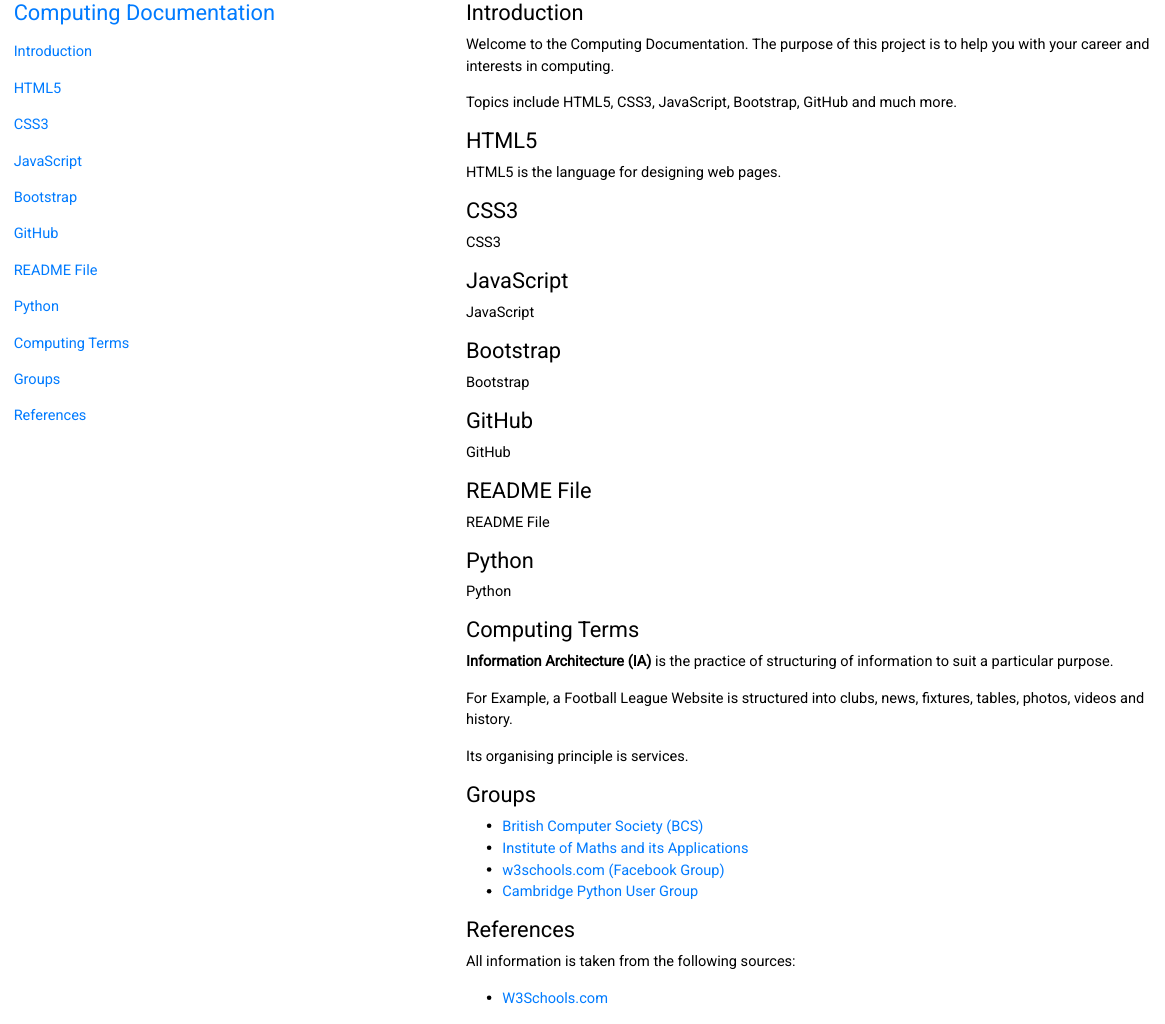
Repository: derektypist/technical-documentation-page
Page: index.html
The author's editor kept a record of every edit. The page is drawn from the files as they stood at one moment, then again after the next edit.
The browser window is 1280 px wide. The pictures show the whole page, at 91% of full size.

Above is the page before.

After the next edit:
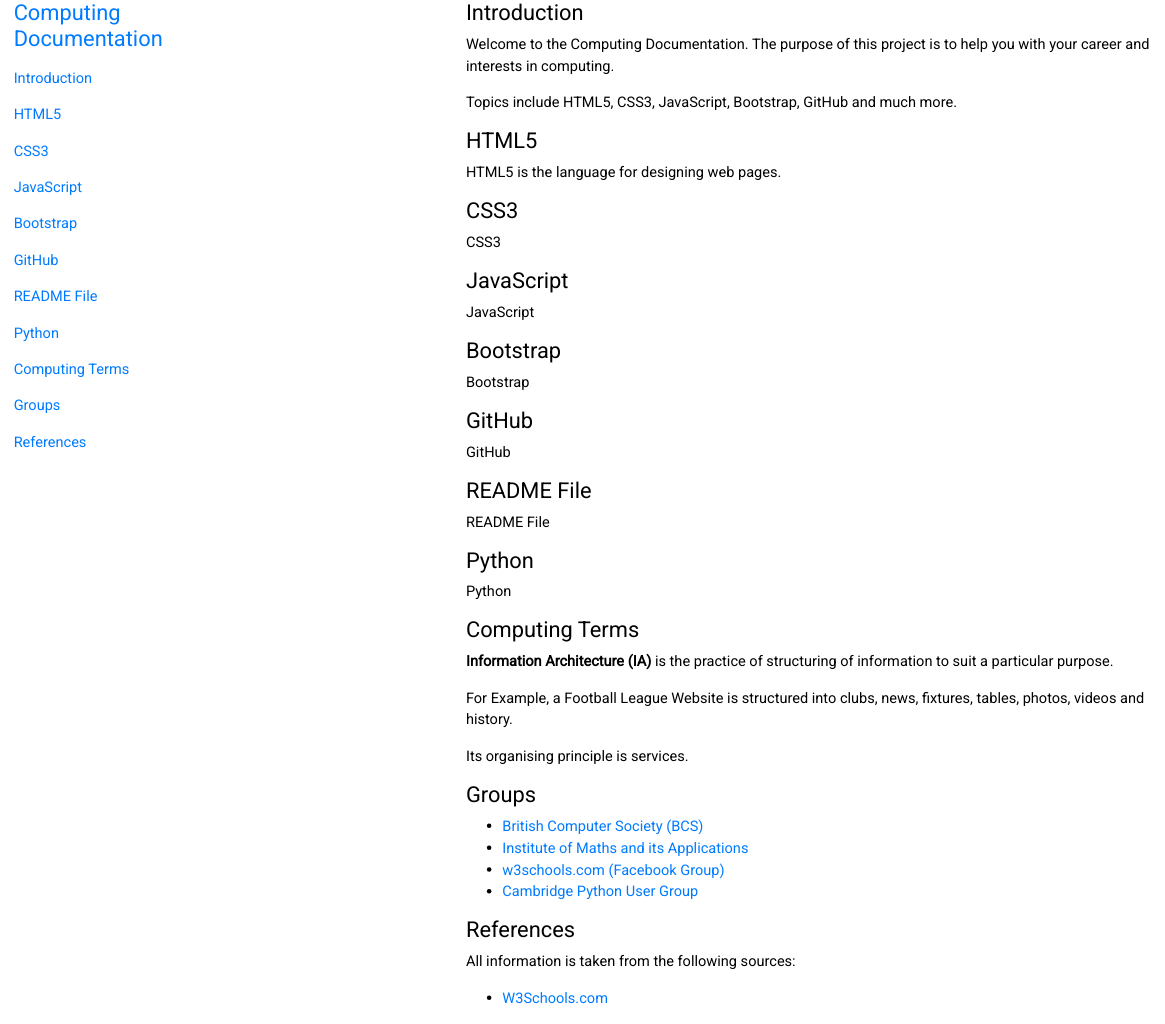
The edit:
--- a/index.html
+++ b/index.html
@@ -15,7 +15,7 @@
     #navbar {
       font-family: "Roboto", Arial, Verdana, sans-serif;
       margin-left: 15px;
-      width: 30vmax;
+      width: 20vmax;
       position: fixed;
     }
 

After the edit that followed:
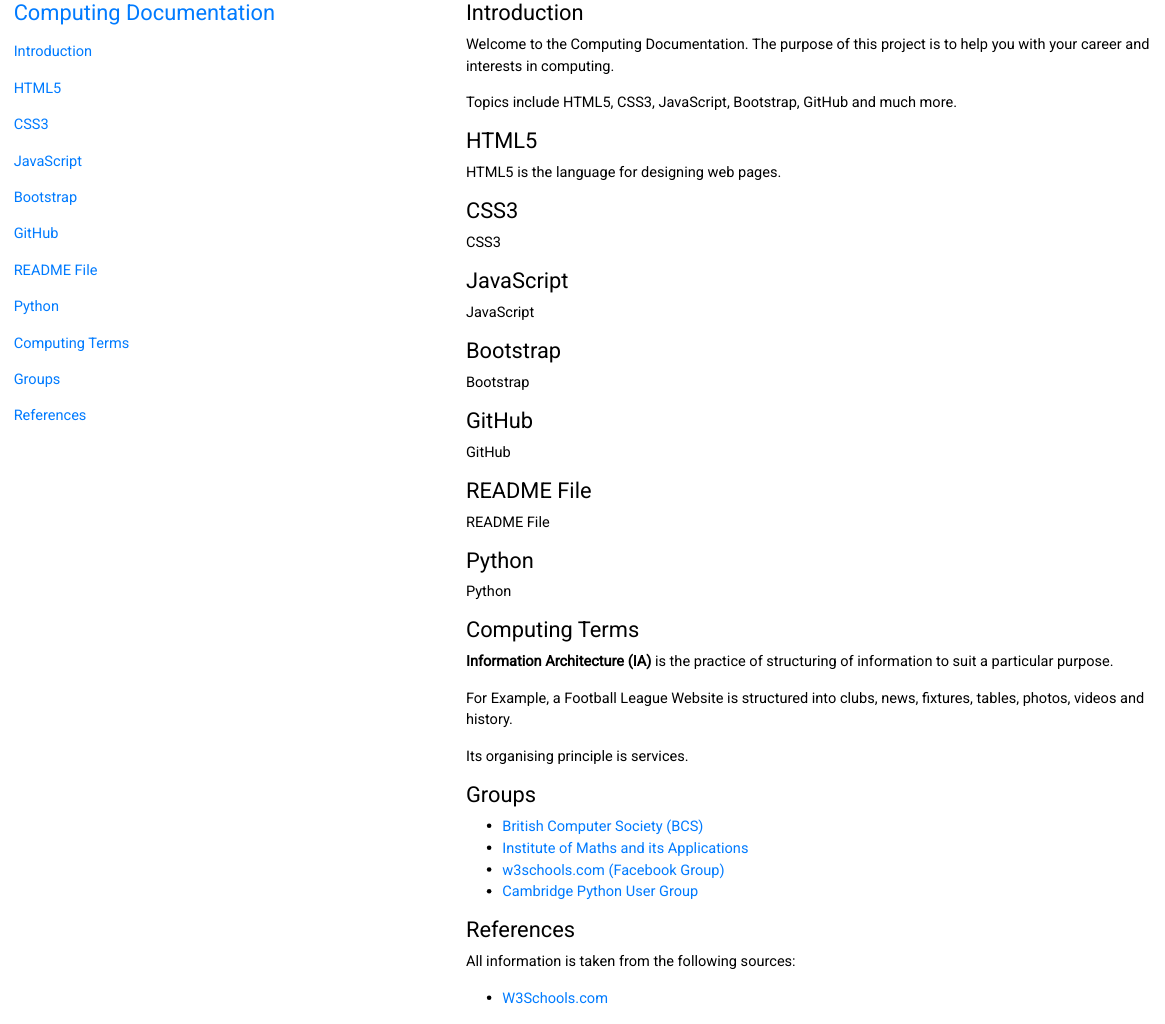
The edit:
--- a/index.html
+++ b/index.html
@@ -15,7 +15,7 @@
     #navbar {
       font-family: "Roboto", Arial, Verdana, sans-serif;
       margin-left: 15px;
-      width: 20vmax;
+      width: 25vmax;
       position: fixed;
     }
 
